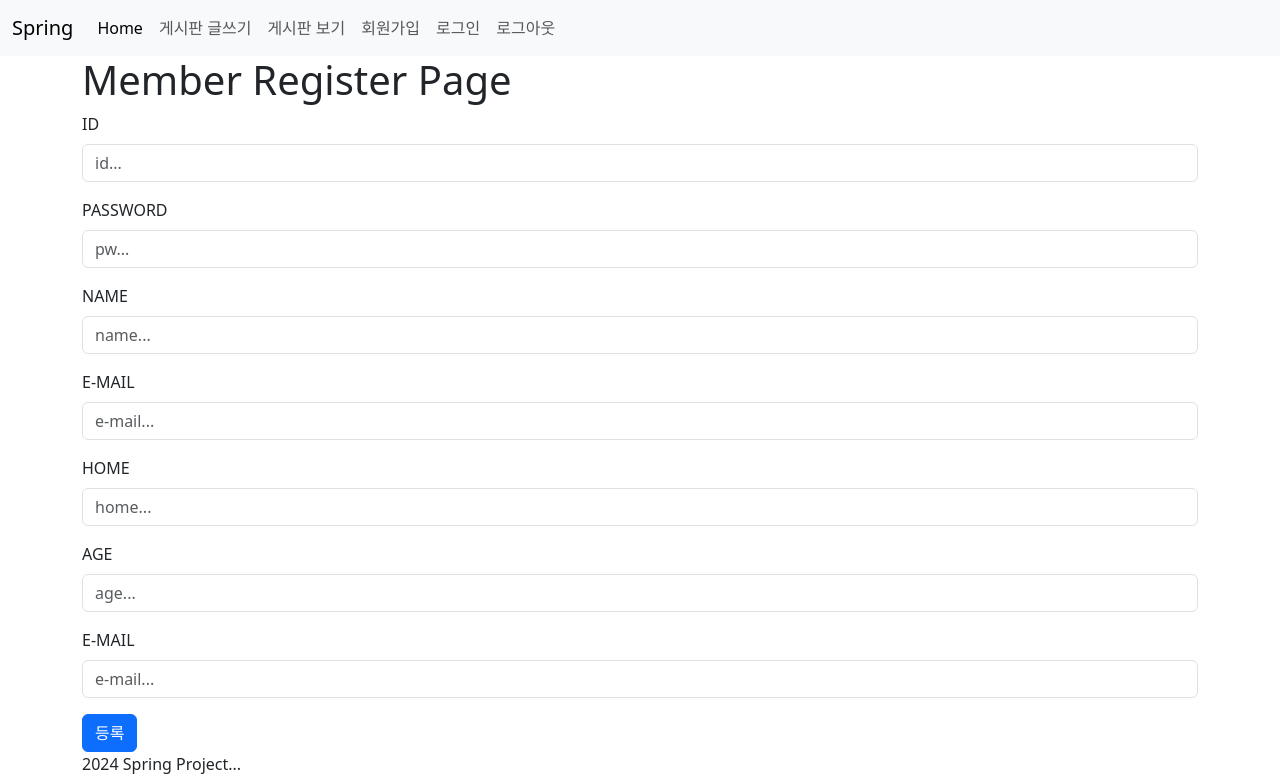
Repository: wanted2001/jsp_project
Page: http://localhost/spring_study/WEB-INF/views/member/register.jsp
These files come from the project's save history. The page is drawn as it stood at one moment and after the next save; the edit follows.
The browser window is 1280 px wide. The pictures show the whole page.
The page is served by Tomcat 9. Nobody is signed in. The template is opened directly, without the code that normally fills it, so the values that code supplies are empty.

Above is the page before, as saved 2024-04-25 05:53:18.

After the next save:
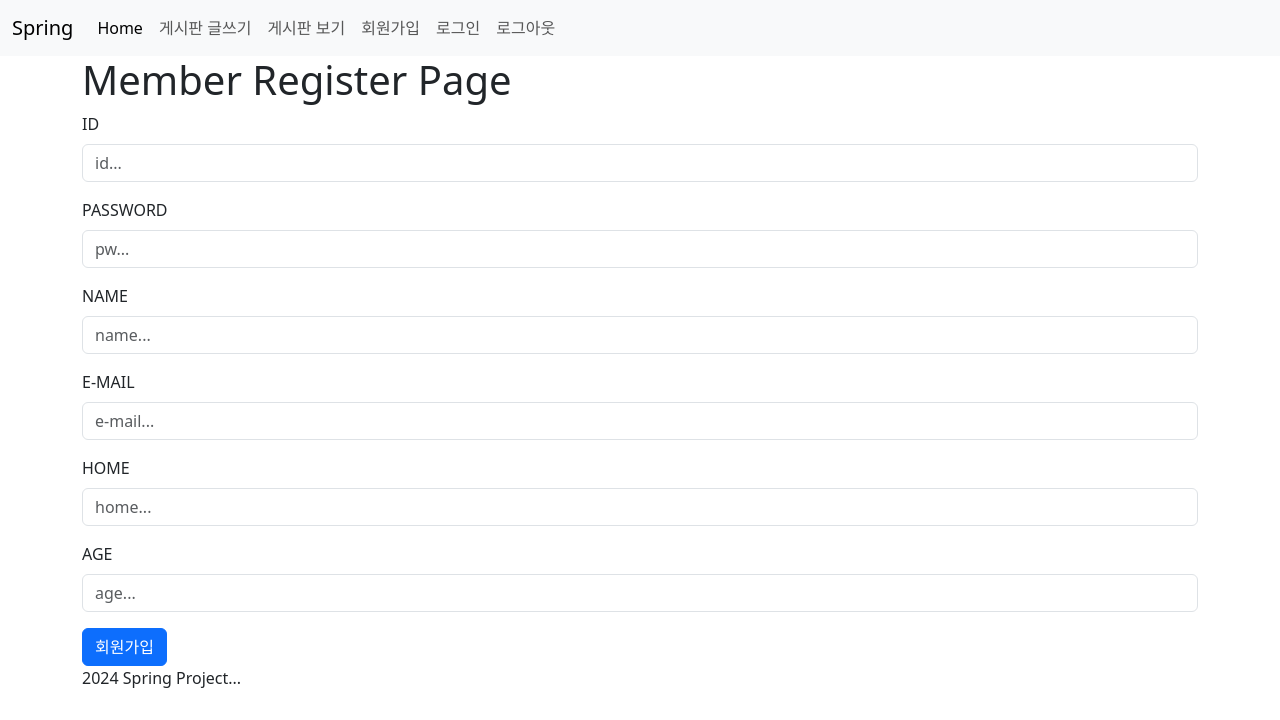
Saved 14 s later.
--- a/spring_study/src/main/webapp/WEB-INF/views/member/register.jsp
+++ b/spring_study/src/main/webapp/WEB-INF/views/member/register.jsp
@@ -28,13 +28,7 @@
 	  		<label for="a" class="form-label">AGE</label>
 	  		<input type="text" class="form-control" name="age" id="a" placeholder="age...">
 		</div>
-		<div class="mb-3">
-	  		<label for="e" class="form-label">E-MAIL</label>
-	  		<input type="text" class="form-control" name="e" id="e" placeholder="e-mail...">
-		</div>
-
-
-		<button type="submit" class="btn btn-primary">등록</button>
+		<button type="submit" class="btn btn-primary">회원가입</button>
 	</form>
 		</div>
 <jsp:include page="../layout/footer.jsp" />
